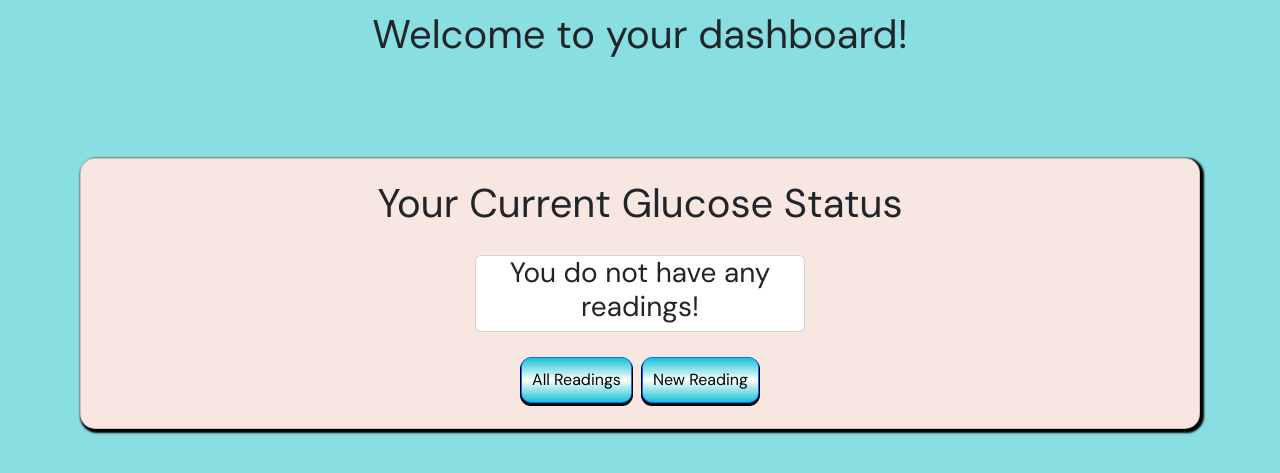
Repository: aiodell/my-glucose-checkup
Page: /dashboard (app in client/)
The author's editor kept a copy of each file at every save. The page is drawn from the files as they stood at one save, then again after the next save.
The browser window is 1280 px wide. The pictures show the whole page.
The page's requests for data from a server got no answer. The project was rebuilt for these pictures with package versions that can differ from the ones it lists, and the page was loaded fresh each time. No one was signed in, and anything a server would have sent is missing. Also part of the build but not shown: client/src/components/Login.js, client/src/components/Signup.js, client/src/components/AllReadings.js, client/src/components/NewReading.js, client/src/components/Home.js, client/src/components/BglUpdateForm.js, client/src/components/BglEventDetails.js, client/src/components/NewBglEvent.js and 8 more.

Above is the page before, as saved 2022-10-06 07:23:43.

### client/src/index.js
import React from 'react';
import ReactDOM from 'react-dom/client';
import {BrowserRouter as Router} from "react-router-dom";
import 'bootstrap/dist/css/bootstrap.min.css';
import App from './App';

const root = ReactDOM.createRoot(document.getElementById('root'));
root.render(
  <React.StrictMode>
  <Router>
    <App />
  </Router>
  </React.StrictMode>
);

### client/src/App.js
import { useState, useEffect } from "react"
import { Switch, Route, useHistory } from "react-router-dom"
import NavBar from "./components/NavBar"
import Login from "./components/Login"
import Signup from "./components/Signup"
import Dashboard from "./components/Dashboard"
import AllReadings from "./components/AllReadings"
import NewReading from "./components/NewReading"
import Home from "./components/Home"
import BglEventDetails from "./components/BglEventDetails"
import NewBglEvent from "./components/NewBglEvent"
import Events from "./components/Events"
import UserProfile from "./components/UserProfile"
import CreateProfile from "./components/CreateProfile"
import AllUsers from "./components/AllUsers"
import './styles.css'

const App = () => {
  const [currentUser, setCurrentUser] = useState("")
  const [readings, setReadings] = useState([])
  const [events, setEvents] = useState([])
  const [users, setUsers] = useState([])
  const [following, setFollowing] = useState([])
  const history = useHistory()

  useEffect( () => {
    fetch(`/auto-login`)
    .then((r) => {
      if (r.ok) {
        r.json().then((user) => setCurrentUser(user))
      }else{
        history.push("/login")
      }
    })
  }, [ ])

	useEffect(() => {
		fetch("/events")
		.then((r) => r.json())
		.then(setEvents)
	}, [])

  useEffect(() => {
		fetch("/bgls")
		.then((r) => r.json())
		.then(setReadings)
	}, [])

  useEffect(() => {
    fetch("/users")
    .then((r) => r.json())
    .then(setUsers)
  }, [])

  useEffect(() => {
    fetch("/relationships")
    .then((r) => r.json())
    .then(setFollowing)
  }, [])

  const updateUser = (user) => setCurrentUser(user)

  const addNewReading = (newReading) => {setReadings(readings => [...readings, newReading])}

  const deleteReading = (deletedReading) => {
    setReadings((readings) => readings.filter((reading) => reading.id !== deletedReading))
  }

  const deleteEvent = (deletedEvent) => {
    setEvents((events) => events.filter((event) => event.id !== deletedEvent))
  }

  const updateBgl = (updatedBgl) => {
    setReadings((readings) => readings.map(bgl => bgl.id === updatedBgl.id ? updatedBgl : bgl))
  }

  // add follower to list
  const addNewFollow = (newFollow) => {
    setFollowing(following => [...following, newFollow])
    const copyOfCurrentUser = {...currentUser}
    copyOfCurrentUser.followees.push(newFollow)
    setCurrentUser(copyOfCurrentUser)
  }

  // delete follower from the list
  const deleteFollow = (deletedFollow) => {
    setFollowing((following) => following.filter((following) => following.id !== deletedFollow))
  }

  const removeCurrentFollowing = (deletedFollowee) => {
    const copyOfCurrentUser = {...currentUser}
    copyOfCurrentUser.followees = copyOfCurrentUser.followees.filter(followee => followee.followee_id !== deletedFollowee.followee_id)
    setCurrentUser(copyOfCurrentUser)
  }

   return (
   <div>
    <NavBar
      currentUser = {currentUser}
      updateUser = {updateUser}
    />
    <Switch>
      <Route exact path = "/login">
        <Login updateUser = {updateUser}/>
      </Route>
      <Route exact path = "/signup">
        <Signup />
      </Route>
      <Route exact path = "/dashboard">
        <Dashboard
        currentUser = {currentUser}
        readings = {readings}
        setReadings = {setReadings}
        following = {following}  // will be used to display the highs and lows of a user being followed
        users = {users}
        />
      </Route>
      <Route exact path= "/bgls/all">
        <AllReadings
        readings = {readings}
        setReadings = {setReadings}
        />
      </Route>
      <Route exact path= "/bgls/new">
        <NewReading addNewReading= {addNewReading} />
      </Route>
      <Route exact path= "/bgls/:id/">
        <BglEventDetails
          updateBgl = {updateBgl}
          deleteReading= {deleteReading}
          readings = {readings}
        />
      </Route>
      <Route exact path="/bgls/:id/bgl_events/new">
        <NewBglEvent events= {events}/>
      </Route>
      <Route exact path="/events">
        <Events
          deleteEvent = {deleteEvent}
          events = {events}
          setEvents = {setEvents}
        />
      </Route>
      <Route exact path= "/me">
        <UserProfile
        currentUser = {currentUser}
        users = {users}
        />
      </Route>
      <Route exact path = "/create-profile">
        <CreateProfile />
      </Route>
      <Route exact path= "/users">
        <AllUsers
        currentUser = {currentUser}
        users = {users}
        addNewFollow = {addNewFollow}
        deleteFollow = {deleteFollow}
        removeCurrentFollowing ={removeCurrentFollowing}
        />
      </Route>
      <Route exact path="/">
        <Home
        currentUser = {currentUser}
        setCurrentUser = {setCurrentUser}/>
      </Route>
    </Switch>
   </div>
  )
}

export default App;

### client/src/components/NavBar.js
import { useHistory, NavLink } from 'react-router-dom'
import Container from "react-bootstrap/Container"
import Nav from 'react-bootstrap/Nav';
import Navbar from 'react-bootstrap/Navbar';
import '../styles.css';

const NavBar = ({updateUser, currentUser}) => {
	const history = useHistory()

	// log out only available when logged in
	const handleLogout = (e) => {
		fetch(`/logout`, {
			method: 'DELETE'
		})
		.then(() => {
			updateUser("")
			history.push('/')
		})
	}

	return(
		<>
		{currentUser ?
			<Navbar bg="dark" variant="dark" expand="lg">
			<Container className="nav-bar">
				<Navbar.Brand>My Glucose Checkup</Navbar.Brand>
				<Navbar.Toggle aria-controls="basic-navbar-nav" />
				<Navbar.Collapse id="basic-navbar-nav"></Navbar.Collapse>
					<Nav className="me-auto">
						<NavLink className="nav-link" to="/dashboard">
							<Nav.Item>Dashboard</Nav.Item>
						</NavLink>
						<NavLink className="nav-link" to="/bgls/all">
							<Nav.Item>My BGLs</Nav.Item>
						</NavLink>
						<NavLink className="nav-link" to="/bgls/new">
							<Nav.Item>New Reading</Nav.Item>
						</NavLink>
						<NavLink className="nav-link" to="/me">
							<Nav.Item>My Account</Nav.Item>
						</NavLink>
						<NavLink className="nav-link" to="/users">
							<Nav.Item>All Users</Nav.Item>
						</NavLink>
						<Nav.Link onClick={handleLogout}>Logout</Nav.Link>
					</Nav>
			</Container>
		</Navbar> : null }
		</>
	)
}

export default NavBar

### client/src/components/Dashboard.js
import { useState, useEffect } from "react"
import {useHistory, Link, NavLink } from "react-router-dom"
import Container from "react-bootstrap/Container"
import Card from "react-bootstrap/Card"
import Button from "react-bootstrap/Button"
import Col from 'react-bootstrap/Col';
import Row from 'react-bootstrap/Row';

const Dashboard = ({currentUser}) => {
	const[readings, setReadings] = useState([])
	const[errors, setErrors] = useState([])
	const history= useHistory()

	// get the bgls for the user
	useEffect(() => {
		fetch("/bgls")
		.then(r => {
			if(r.ok){
				r.json().then(data => setReadings(data))
			}else{
				r.json().then(data => {
					setErrors(data.errors)
					history.push("/login")
				})
			}
		})
	}, [ ])

	// sort the highest, lowest, and most current value
	const lowestValue = [...readings].sort((a,b) => a.value - b.value)
	const highestValue = [...readings].sort((a,b) => b.value - a.value)
	const highestId =[...readings].sort((a,b) => b.id - a.id)

	const average = (arr) => {
		const { length } = arr
		return arr.reduce((acc, val) => {
			return acc + (val.value/length)
		}, 0)
	}

	const renderAverage = parseInt(average(readings))

	const renderLowest = lowestValue.slice(0,1).map((num) => {
		return(
			<Card as={Link} to={`/bgls/${num.id}`} className="link-text-style">
				<Card.Body as="h1" key={num.id}> Lowest: {num.value}</Card.Body>
			</Card>
		)
	})

	const renderHighest = highestValue.slice(0,1).map((num)=> {
		return(
			<Card as={Link} to={`/bgls/${num.id}`} className="link-text-style">
				<Card.Body as="h1" key={num.id}> Highest: {num.value}</Card.Body>
			</Card>
		)
	})

	const renderCurrent = highestId.slice(0,1).map((num) => {
		return(
		<>
			<Card as={Link} to={`/bgls/${num.id}`} className="link-text-style">
				<Card.Body as="h1" key={num.id}> {num.value} </Card.Body>
			</Card>
		</>
		)
	})

	// will return a dashboard alongside any highs and lows of followed users
	return(
		<Container className="container-style">
			{currentUser.first_name ? <h1 className="dash-title">
					Welcome to your dashboard, {currentUser.first_name}! </h1>
					: <h1>Welcome to your dashboard!</h1>
			}
			{errors ? errors.map(e => <section>{e}</section>):null}
			<Card className="dash-container">
				<h1>Your Current Glucose Status</h1>
				{currentUser.admin ?
				<>
					<Row>
						<p>You are in admin mode</p>
							{renderCurrent}
					</Row>
					<Row className="low-high-avg">
						<Col>{renderLowest}</Col>
						<Col>
							<Card className="average-bgls">
							{renderAverage === 0 ? <h3> You do not have any readings!</h3> :
								<h2> Average: {renderAverage}</h2>
							}
							</Card>

						</Col>
						<Col>{renderHighest}</Col>
					</Row>
					<div>
						<NavLink to="/events">
							<Button className="btns" >All Events</Button>
						</NavLink>
						<NavLink to="/bgls/all">
							<Button className="btns">All Test Readings</Button>
						</NavLink>
						<NavLink to="/bgls/new">
							<Button className="btns">New Test Reading</Button>
						</NavLink>
					</div>
					<div>
						{/* Add updates from followed users here */}
					</div>
				</> :
				<>
					<Row>
						{renderCurrent}
					</Row>
						<Row className="low-high-avg">
							<Col>{renderLowest}</Col>
							<Col>
								<Card className="average-bgls">
									{renderAverage === 0 ? <h3> You do not have any readings!</h3> :
										<h2> Average: {renderAverage}</h2>
									}
								</Card>
							</Col>
							<Col>{renderHighest}</Col>
						</Row>
						<div>
							<NavLink to="/bgls/all">
								<Button className="btns">All Readings</Button>
							</NavLink>
							<NavLink to="/bgls/new">
								<Button className="btns">New Reading</Button>
							</NavLink>
						</div>
				</> }
			</Card>
		</Container>
	)
}

export default Dashboard

### client/src/styles.css
@import url('https://fonts.googleapis.com/css2?family=DM+Sans&display=swap');
@import url('https://fonts.googleapis.com/css2?family=Carter+One&family=DM+Sans&display=swap');

body {
  font-family: 'DM Sans', sans-serif;
  background-color:	#89dee2;
  margin: 0px;
}

/*Universal */
.btns {
  background-image: linear-gradient(#16c2d5, #ffffff,#16c2d5);
  color: rgb(0, 0, 0);
  padding: 10px;
  margin: 5px;
  text-align: center;
  border-radius: 10px;
  box-shadow: 0px 2px 0px 1px black;
  text-decoration: none;
}

.container-style{
  text-align: center;
  padding: 10px;
  position: relative;
}

.navbar-brand{
  font-family: 'Carter One', cursive;
  font-size: 2rem;
  text-align:left
}

/*Home Page */
.Home {
  text-align: center;
}

.home-background {
  background-color: #88c7b2;
  min-height: 100vh;
  display: flex;
  flex-direction: column;
  align-items: center;
  justify-content: center;
  font-size: calc(10px + 2vmin);
  color: white;
}

.welcome {
  font-family: 'Carter One', cursive;
  text-shadow: 2px 2px black;
  text-align: center;
}

.home-btn-div {
  align-content: center;
}

/*Forms */
.form-style{
  margin-top: 100px;
  border-radius: 20px;
  box-shadow: 0px 2px 0px 1px black;
  background-image: linear-gradient(#67eabe, #ffffff);
  color: rgb(0, 0, 0);
}
.title{
  padding: 20px;
  position: relative;
}

/*Dashbord */
.dash-container{
  margin-top: 100px;
  padding: 20px;
  background: #f8e7e0;
  box-shadow: 2px 2px 2px 2px black;
  border-radius: 15px;
  position: relative;
}

.current-bgl{
  align-content: center;
  margin-top: 20px;
  text-align: center;
  display: relative;
  position:relative;
}

.current-txt{
  text-align: center;
  font-size: 4rem;
  padding-top: 40px;
  padding-left: 5px;
  position: relative;
}

.low-high-avg{
  padding: 20px;
  position: relative;
}

.dash-title{
  font-family: 'Carter One', cursive;
  text-shadow: 2px 2px 2px black;
  color: white
}

/*Events */

.list{
  list-style: none;
  padding: 5px;
  font-size: 150%;
}

.event-container-style{
  text-align: center;
  padding: 10px;
  position: relative;
  margin: 5px;
}

.delete-btn{
  background-image: linear-gradient(#67eabe, #ffffff);
  color: rgb(0, 0, 0);
  padding: 5px;
  margin: 5px;
  text-align: center;
  box-shadow: 0px 2px 0px 1px black;
  text-decoration: none;
}
.event-card{
  vertical-align: middle;
  left: 39%;
  position: relative;
}

/*All bgls*/
.all-bgl-container-style{
  align-content: center;
  margin-top: 20px;
  text-align: center;
  display: relative;
  position:relative;
  max-width: 50%;
}

.link-text-style{
  text-decoration: none;
  color: black;
}

.pages {
  display: flex;
  justify-content: center;
  margin-top: 20px;
}

.bgl-card{
  margin: 10px;
  text-decoration: none;
  color: black;
  box-shadow: 0px 2px 0px 2px black;
}

.card-title{
  font-size: 150%;
}

.search {
  width: 50%;
  text-align: center;

  position: relative;
  display: block;
  margin: auto;
  padding: 2rem;
}

.searchTerm {
  text-align: center;
  width: 100%;
  border: 3px solid #004e59;
  padding: 5px;
  height: 3rem;
  border-radius: 5px;
  outline: none;
  font-size: 1.5rem;
}

/* Profile Completion Form */
.form-title{
  text-align: center;
  margin-top: 15px;
}

.profile-completion{
  text-align: center;
  padding: 15px;
  margin: 10px;
  box-shadow: 1px 2px 0px 1px black;
  background-image: linear-gradient(#eaeaea, #ffffff);
  color: rgb(0, 0, 0);
}

.profile-label{
  margin-bottom: 5px;
  margin-top: 10px;
}

.form-check{
  margin-top: 5px
}

/*profile container*/
.profile-container{
  align-content: center;
  margin-top: 20px;
  text-align: center;
  display: relative;
  position:relative;
  max-width: 50%;
}

Loaded but not shown: client/public/index.html (common file)

After the next save:
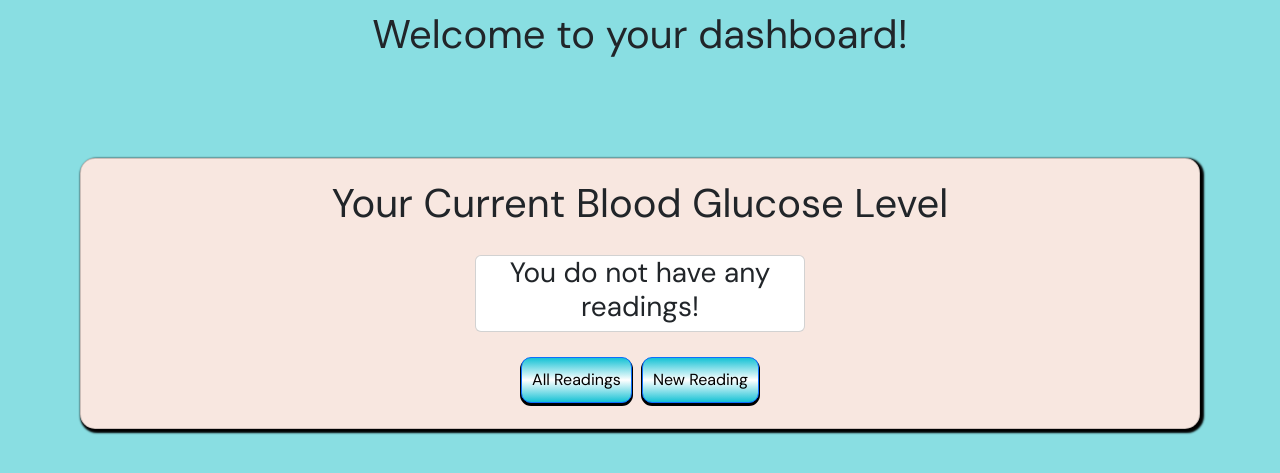
Saved 18 s later.
--- a/client/src/components/Dashboard.js
+++ b/client/src/components/Dashboard.js
@@ -75,7 +75,7 @@ const Dashboard = ({currentUser}) => {
 			}
 			{errors ? errors.map(e => <section>{e}</section>):null}
 			<Card className="dash-container">
-				<h1>Your Current Glucose Status</h1>
+				<h1>Your Current Blood Glucose Level</h1>
 				{currentUser.admin ?
 				<>
 					<Row>
